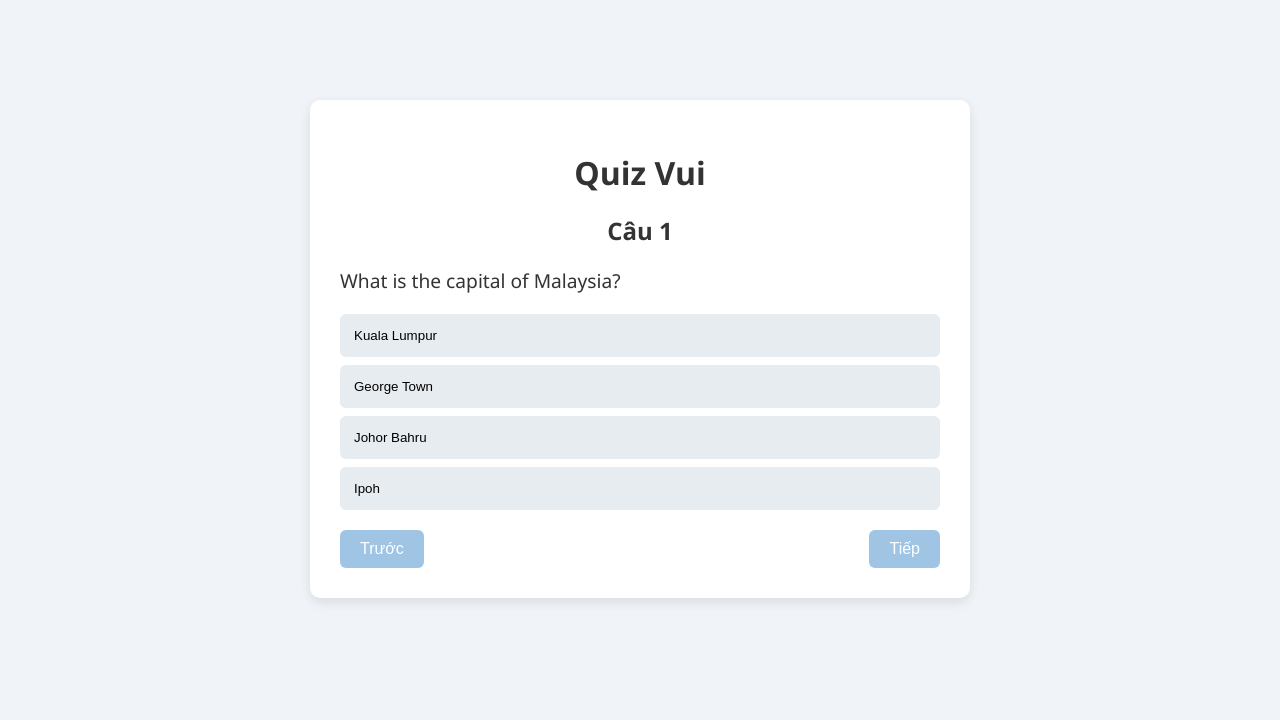
Repository: HuynhPPP/Quiz_App
Page: /, after clicking the first element matching `button.category-button`
The author's editor kept a copy of each file at every save. The page is drawn from the files as they stood at one save, then again after the next save.
The browser window is 1280 px wide. The pictures show the whole page.
The project was rebuilt for these pictures with package versions that can differ from the ones it lists, and the page was loaded fresh each time. Also part of the build but not shown: vite.config.js, src/components/Resutl.jsx, src/components/Review.jsx.

Above is the page before, as saved 2025-09-26 15:47:52.

After the next save:
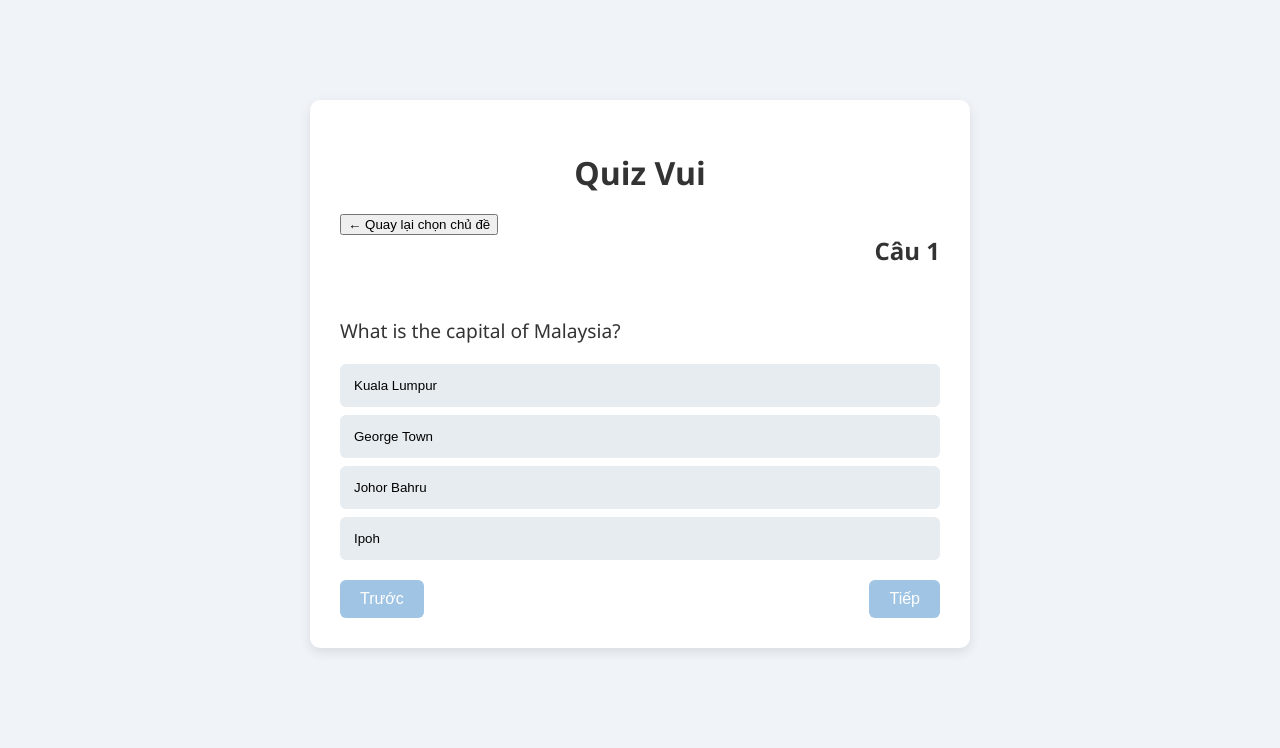
Saved 4 s later.
--- a/src/components/Quiz.jsx
+++ b/src/components/Quiz.jsx
@@ -120,7 +120,16 @@ const Quiz = () => {
 
     return (
         <div>
-            <h2>Câu {currentQuestion + 1}</h2>
+            <div className="quiz-header">
+                <button
+                    className="back-to-selector-btn"
+                    onClick={handleBackToSelector}
+                    title="Quay lại chọn chủ đề"
+                >
+                    ← Quay lại chọn chủ đề
+                </button>
+                <h2>Câu {currentQuestion + 1}</h2>
+            </div>
             <p className='question'>{currentQuestions[currentQuestion].question}</p>
 
             {currentQuestions[currentQuestion].options.map((option, index) => (
